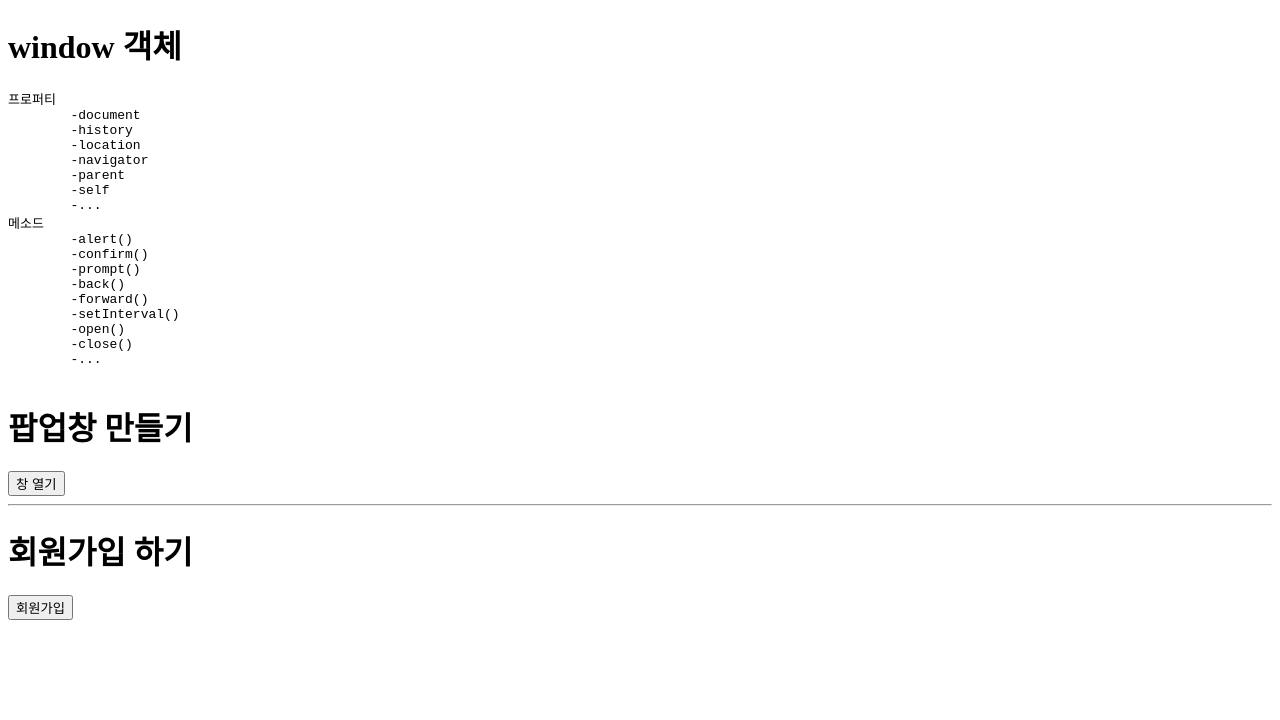
Repository: sunghyun-biblee/LearnSpace
Page: 4_UI/JS_Test/WebContent/js16_window01.html
The author's editor kept a copy of each file at every save. The page is drawn from the files as they stood at one save, then again after the next save.
The browser window is 1280 px wide. The pictures show the whole page.

Above is the page before, as saved 2023-10-26 02:44:03.

After the next save:
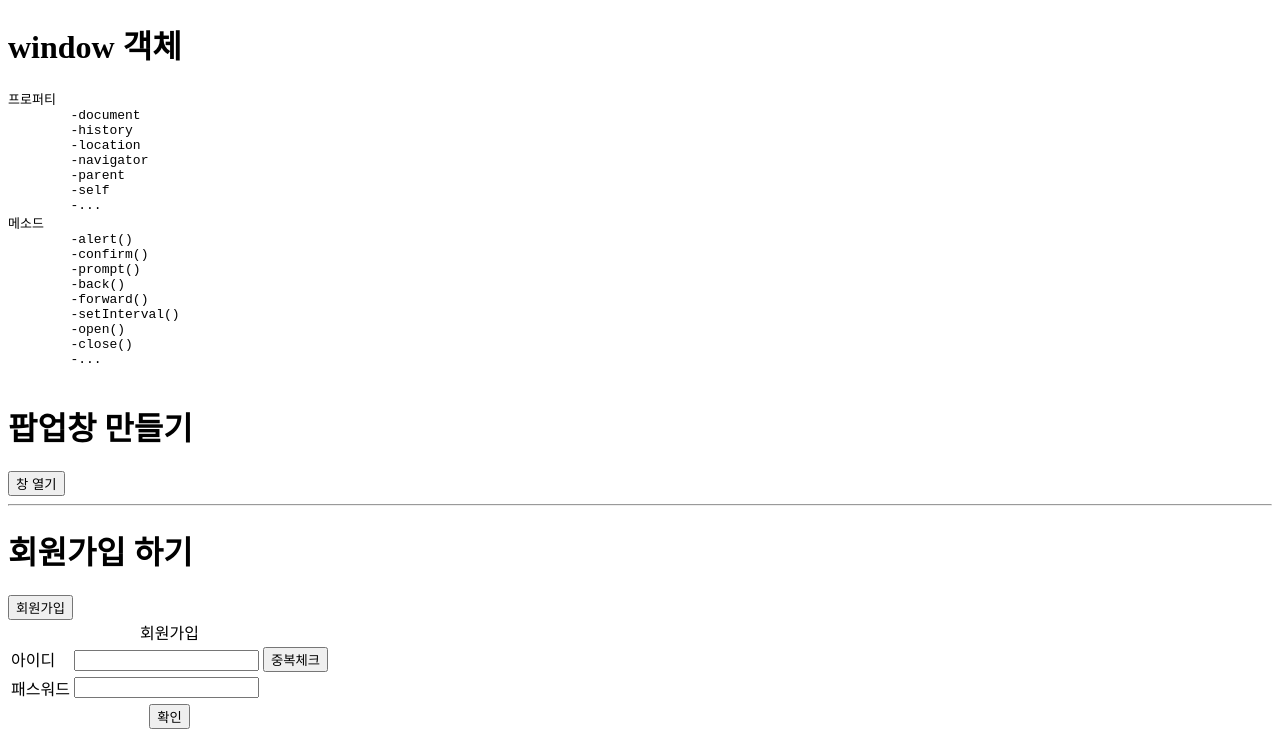
Saved 4 min 24 s later.
--- a/4_UI/JS_Test/WebContent/js16_window01.html
+++ b/4_UI/JS_Test/WebContent/js16_window01.html
@@ -45,12 +45,32 @@
 	<h1>팝업창 만들기</h1>
 	<button onclick="openWin();" name="btn">창 열기</button>
 </div>
+<div id="tt"></div>
 
 <hr>
 <h1>회원가입 하기</h1>
 <button onclick="registForm()" name="btn">회원가입</button>
+<!-- 회원가입 폼 -->
+<div id="regist">
+	<form action="">
+	<table>
+		<caption>회원가입</caption>
+		<tr>
+			<td>아이디</td>
+			<td> <input type="text" name="id"> <input type="button" value="중복체크"> </td>
+		</tr>
+		<tr>
+			<td>패스워드</td>
+			<td> <input type="password" name="pwd" style="color:red;"></td>
+		</tr>
+		<tr>
+			<td colspan="2" align="center"> <input type="button" value="확인"> </td>
+		</tr>
+		</table>
+	</form>
+</div>
 
 
-<div id="tt"></div>
+
 </body>
 </html>
